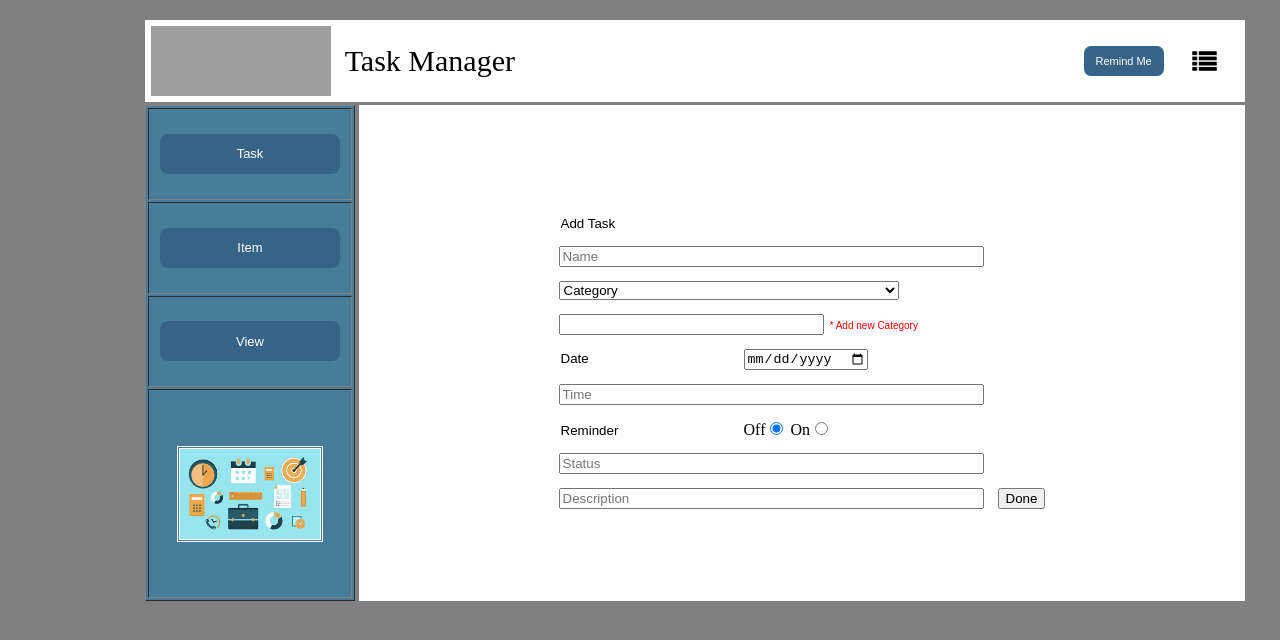
Repository: SnehaSalvi/TaskManagerProject
Page: http://localhost/TaskManagerChecklist/AddTask.jsp
An editor plug-in stored every save of this project. The page is shown before and after the next save, followed by the edit.
The browser window is 1280 px wide. The pictures show the whole page.
Pictures or frames that could not be fetched are drawn as grey boxes. The page is served by Tomcat 9. Other server files are loaded and not shown.

Above is the page before, as saved 2016-10-14 08:59:16.

### TaskManagerChecklist/WebContent/AddTask.jsp
<%@ page language="java" contentType="text/html; charset=ISO-8859-1"
    pageEncoding="ISO-8859-1"%>
<!DOCTYPE html PUBLIC "-//W3C//DTD HTML 4.01 Transitional//EN" "http://www.w3.org/TR/html4/loose.dtd">
<html>
<head>
<meta http-equiv="Content-Type" content="text/html; charset=ISO-8859-1">
<title>Insert title here</title>
<link href="home.css" type="text/css" rel="stylesheet"/>

</head>
<body>
<form>
	<table id="table1">
		<tr>
			<td id="td1">
				<img id="banner" src="images/banner.jpg"/>
			</td>
			<td id="td_blank">
			</td>
			<td id="td2">
				Task Manager
			</td>
			<td id="td3" align="center">
				<input type="button" name="remind" id="button1" value="Remind Me"/>
			</td>
			<td id="td4" align="center">
				<img id="list" src="images/list.png"/>
			</td>
		</tr>
	</table>
	<table></table>
	<table>
		<tr>
			<td>
				<table id="table2" border="1">
					<tr>
						<td id="#td5" align="center">
							<input type="button" name="task" id="button2" value="Task"/>
						</td>
					</tr>
					<tr>
						<td align="center">
							<input type="button" name="item" id="button2" value="Item"/>
						</td>
					</tr>
					<tr>
						<td align="center">
							<input type="button" name="view" id="button2" value="View"/>
						</td>
					</tr>
					<tr>
						<td rowspan="7" align="center">
							<img id="img1" src="images/menu.jpg"/>
						</td>
					</tr>
				</table>
			</td>
			<td>
				<table id="table3">
					<tr>
						<td id="#td6">&nbsp;&nbsp;&nbsp;&nbsp;
							<table align="center" cellspacing="6" cellpadding="4">
								<tr>
									<td colspan="2">
										<input type="label" id="font1" name="label" value="Add Task" required="required"/>
									</td>
								</tr>
								<tr>
									<td colspan="2">
										<input type="text" name="taskname" placeholder="Name" size="50" required="required"/>
									</td>
								</tr>
								<tr>
									<td colspan="2">
										<select id="select1" name="categoryname" placeholder="Category" value="Category" required="required">
											<optgroup label="Personal">
												<option value="" disabled selected hidden>Category</option>
												<option>Shopping</option>
												<option>Exercise</option>
											</optgroup>
											<optgroup label="Professional">
												<option>Meeting</option>
												<option>Project Work</option>
											</optgroup>
										</select>
									</td>
								</tr>
								<tr>
									<td colspan="2">
										<input type="text" name="categoryname" size="30" required="required"/>
										<input type="label" id="label1" name="newcategory" value="* Add new Category" required="required"/>
									</td>
								</tr>
								<tr>
									<td colspan="2">
										<input type="label" id="label2" name="newdate" value="Date" required="required"/>
										<input type="date" name="date">
									</td>
								</tr>
								<tr>
									<td colspan="2">
										<input type="text" name="time" placeholder="Time" size="50" required="required"/>
									</td>
								</tr>
								<tr>
									<td colspan="2">
										<input id="label2" type="label" value="Reminder" required="required"/>
										Off<input type="radio" name="reminder" checked/>
										On<input type="radio" name="reminder"/>
									</td>
								</tr>
								<tr>
									<td colspan="2">
										<input type="text" name="status" placeholder="Status" size="50" required="required"/>
									</td>
								</tr>
								<tr>
									<td>
										<input type="text" name="description" placeholder="Description" size="50" required="required"/>
									</td>
									<td>
										<input type="submit" value="Done"/>
									</td>
								</tr>
							</table>
						</td>
					</tr>
				</table>
			</td>
		</tr>
	</table>
</form>
<!--<form action="Hello">
Name:<input type="text" name="user"/>
<input type="submit" value="go"/>
</form>-->
</body>
</html>

### TaskManagerChecklist/WebContent/home.css
body
{
	background-position: center;
	background-color:gray;
	margin-left: 140px;
	margin-top: 20px;
	margin-right: 120px;
	margin-bottom: 20px;
	background-repeat: no-repeat;
}
#table1
{
	margin-left:5px;
	background-color:white;
	background-position: center;
	height: 76px;
	width:1100px;

}
#table2
{
	margin-left:2px;
	background-color:#477d9a;
	background-position: center;
	height: 496px;
	width:210px;


}
#table3
{
	background-color:white;
	background-position: center;
	height: 496px;
	width:886px;

}
#table4
{

	background-position: center;
	height: 497px;
	width:1100px;
}
#table5
{
	width:200px;
}
img
{
	border-style:double;
	border-color: white;
}
tr
{

}
#div1
{
	width: 600px;
	height: 400px;
}
#td1
{
	width:185px;
	height:75px;
	background-color:
}
#td2
{
	width:735px;
	height:75px;
	font-family: serif;
	font-size: 30px;
	font-style: inherit;

}
#td3
{
	width:80px;
	height:75px;
}
#td4
{
	width:30x;
	height:75px;
}
#td_blank
{
	width:100x;
	height:75px;
}

#td6
{
	width:1050x;
	height:495px;


}
#banner
{

	width: 180px;
	height: 70px;
}
#list
{

	width: 25px;
	height: 20px;
}
#select1
{
	width:340px;
}
#img1
{

	width: 140px;
	height: 90px;
}
#button1
{
    height: 30px;
    width: 80px;
    border-radius: 7px;
    border: 1px solid #000;
    font-family: sans-serif;
    background-color:#366489;
    color:white;
    font-size: 11px;
    border: 0;
}
#button2
{
    height: 40px;
    width: 180px;
    border-radius: 8px;
    border: 1px solid #000;
    font-family:sans-serif;
    font-size: 13px;
   background-color:#366489;
   color:white;
    border: 0;
}
#label1
{
	color:red;
	font-size: 10px;
	border: none;
}
#font1
{
	font:italic,bold;
	font-size: 15;
	border: none;


}
#label2
{
	border: none;
}
#div3
{
	width: 510px;
	height: 350px;
}

After the next save:
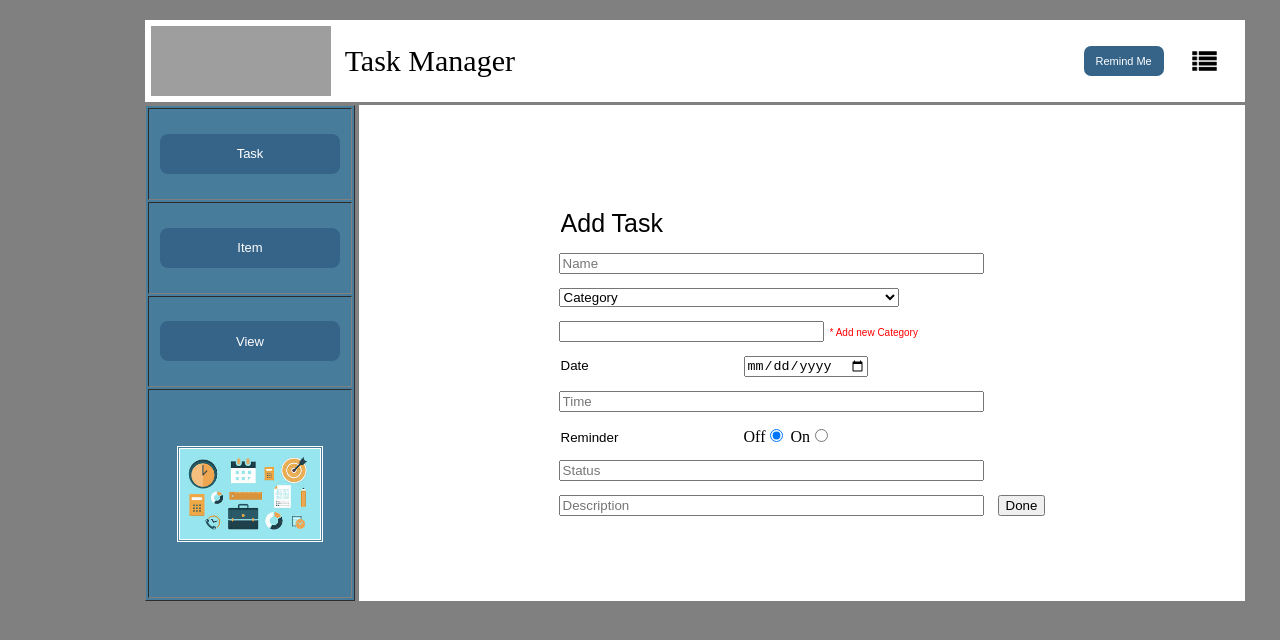
Saved 34 s later.
--- a/TaskManagerChecklist/WebContent/home.css
+++ b/TaskManagerChecklist/WebContent/home.css
@@ -153,7 +153,7 @@ tr
 #font1
 {
 	font:italic,bold;
-	font-size: 15;
+	font-size: 25px;
 	border: none;
 
 
